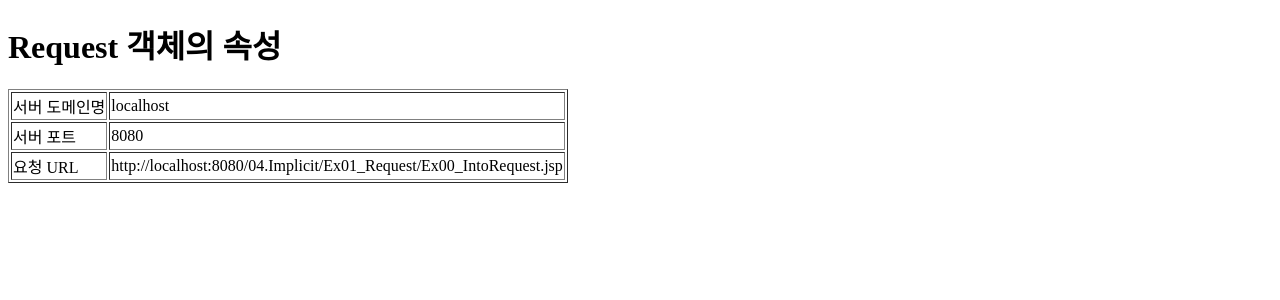
Repository: kvmhyvmvn/Study_JspServlet
Page: http://localhost/04.Implicit/Ex01_Request/Ex00_IntoRequest.jsp
These files come from the project's save history. The page is drawn as it stood at one moment and after the next save; the edit follows.
The browser window is 1280 px wide. The pictures show the whole page.
The page is served by Tomcat 9.

Above is the page before, as saved 2023-05-22 01:39:14.

After the next save:
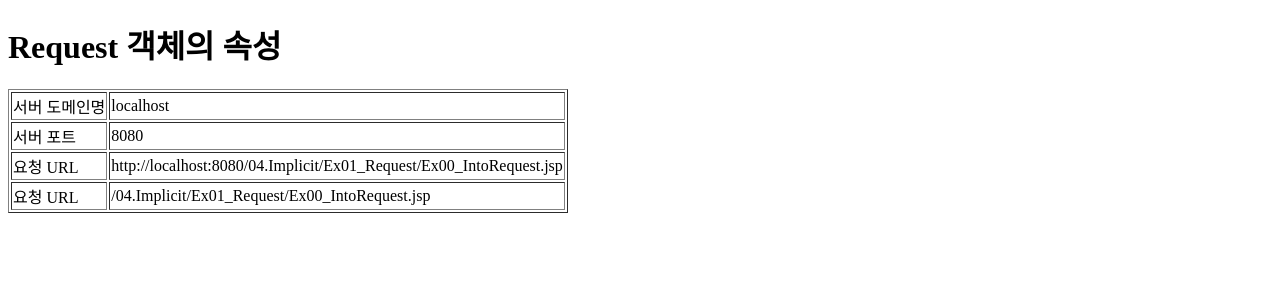
Saved 7 s later.
--- a/WorkSpace/04.Implicit/src/main/webapp/Ex01_Request/Ex00_IntoRequest.jsp
+++ b/WorkSpace/04.Implicit/src/main/webapp/Ex01_Request/Ex00_IntoRequest.jsp
@@ -21,6 +21,10 @@
 			<td> 요청 URL </td>
 			<td> <%=request.getRequestURL() %></td>
 		</tr>
+		<tr>
+			<td> 요청 URL </td>
+			<td> <%=request.getRequestURI() %></td>
+		</tr>
 	</table>
 </body>
 </html>
